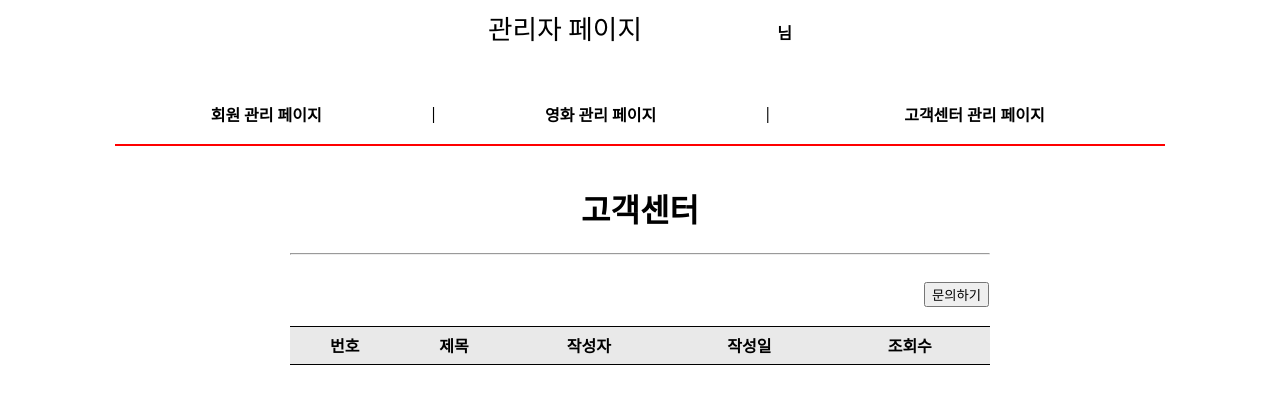
Repository: Tah282/movieSite
Page: http://localhost/CGV_project/WEB-INF/views/manager/boardManagement.jsp
These files come from the project's save history. The page is drawn as it stood at one moment and after the next save; the edit follows.
The browser window is 1280 px wide. The pictures show the whole page.
The page is served by Tomcat 9. Nobody is signed in. The template is opened directly, without the code that normally fills it, so the values that code supplies are empty.

Above is the page before, as saved 2024-01-04 02:33:02.

After the next save:
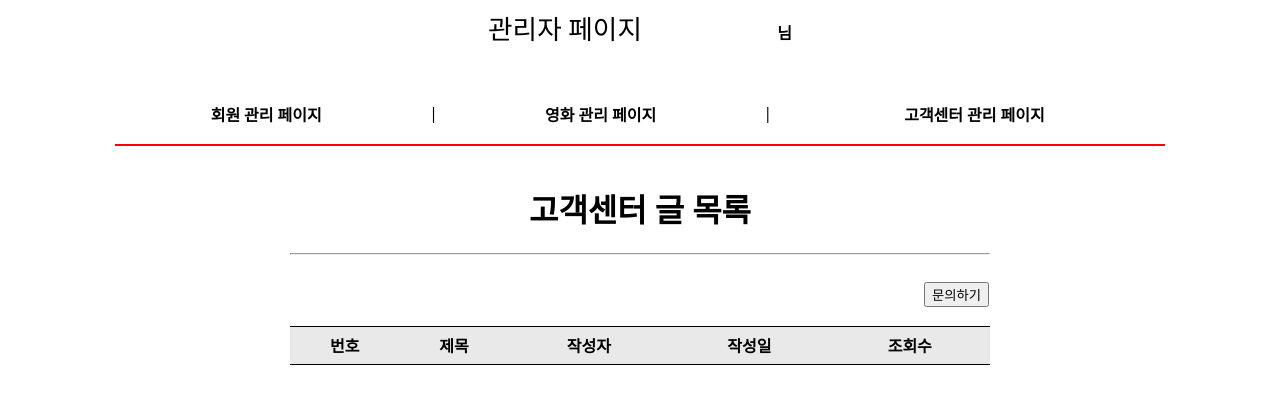
Saved 18 s later.
--- a/CGV_project/src/main/webapp/WEB-INF/views/manager/boardManagement.jsp
+++ b/CGV_project/src/main/webapp/WEB-INF/views/manager/boardManagement.jsp
@@ -16,7 +16,7 @@
 
 	<div class="boardManagement">
 		<br>
-			<h1 class="boardTitle">고객센터</h1><hr>
+			<h1 class="boardTitle">고객센터 글 목록</h1><hr>
 		<br>
 
 		<table class="board-title">
